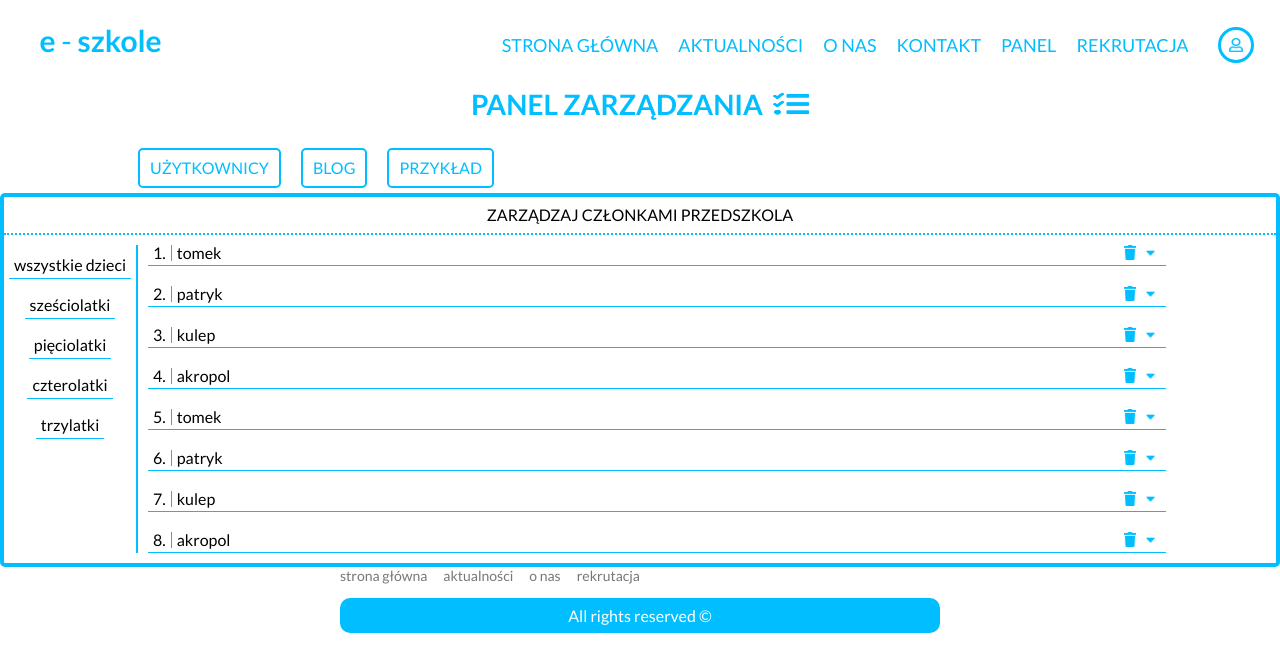
Repository: Votex874/e-szkole
Page: /panel (app in app/)
The author's editor kept a copy of each file at every save. The page is drawn from the files as they stood at one save, then again after the next save.
The browser window is 1280 px wide. The pictures show the whole page.
The project was rebuilt for these pictures with package versions that can differ from the ones it lists, and the page was loaded fresh each time. Also part of the build but not shown: app/src/components/News/Title/index.js, app/src/components/News/Content/index.js, app/src/components/News/Avatar/index.js, app/src/components/News/Footer/index.js, app/src/components/News/index.js, app/src/components/AboutUs/Content/index.js, app/src/components/AboutUs/index.js, app/src/components/Graduates/ListItem/index.js and 26 more.

Above is the page before, as saved 2019-04-04 09:52:27.

### app/src/index.js
import React from 'react';
import ReactDOM from 'react-dom';
import App from './App';
import * as serviceWorker from './serviceWorker';
import { createStore } from 'redux';
import { Provider } from 'react-redux';
import rootReducer from './reducers/rootReducer'

const store = createStore(rootReducer);

ReactDOM.render(<Provider store={store}><App /></Provider>, document.getElementById('root'));

// If you want your app to work offline and load faster, you can change
// unregister() to register() below. Note this comes with some pitfalls.
// Learn more about service workers: http://bit.ly/CRA-PWA
serviceWorker.unregister();

### app/src/App.js
import React, { Component } from 'react';
import { Route, BrowserRouter, Switch } from 'react-router-dom'
import './reset.scss'

import Home from './containers/Home/index'
import Login from './containers/Login/index'
import Contact from './containers/Contact/index'
import News from './containers/News/index'
import About from './containers/About/index'
import Recruitment from './containers/Recruitment/index'
import Panel from './containers/Panel/index'

class App extends Component {
  render() {
    return (
      <BrowserRouter>
        <Switch>
          <Route exact path='/' component={Home} />
          <Route path='/login' component={Login} />
          <Route path='/kontakt' component={Contact} />
          <Route path='/blog' component={News} />
          <Route path='/o-nas' component={About} />
          <Route path='/rekrutacja' component={Recruitment} />
          <Route path='/panel' component={Panel} />
        </Switch>
      </BrowserRouter>
    );
  }
}

export default App;

### app/src/reset.scss
html, body, div, span, applet, object, iframe,
h1, h2, h3, h4, h5, h6, p, blockquote, pre,
a, abbr, acronym, address, big, cite, code,
del, dfn, em, img, ins, kbd, q, s, samp,
small, strike, strong, sub, sup, tt, var,
b, u, i, center,
dl, dt, dd, ol, ul, li,
fieldset, form, label, legend,
table, caption, tbody, tfoot, thead, tr, th, td,
article, aside, canvas, details, embed,
figure, figcaption, footer, header, hgroup,
menu, nav, output, ruby, section, summary,
time, mark, audio, video {
	margin: 0;
	padding: 0;
	border: 0;
	font-size: 100%;
	font: inherit;
	vertical-align: baseline;
}
/* HTML5 display-role reset for older browsers */
article, aside, details, figcaption, figure,
footer, header, hgroup, menu, nav, section {
	display: block;
}
body {
	line-height: 1;
}
ol, ul {
	list-style: none;
}
blockquote, q {
	quotes: none;
}
blockquote:before, blockquote:after,
q:before, q:after {
	content: '';
	content: none;
}
table {
	border-collapse: collapse;
	border-spacing: 0;
}
@import url('https://fonts.googleapis.com/css?family=Lato:300,300i,400,400i,700&amp;subset=latin-ext');

 body {
	font-family: 'Lato', sans-serif;
 }

 a{
	 text-decoration: none;
 }

### app/src/containers/Panel/index.js
import React, { Component } from 'react'
import styled from 'styled-components'

import HeaderMain from '../../components/HeaderMain/index'
import Footer from '../../components/Footer/index'
import PanelManagement from '../../components/PanelManagement/index'

class Panel extends Component{
  render(){
    return (
      <React.Fragment>
        <HeaderMain />
        <PanelManagement />
        <Footer />
      </React.Fragment>
    )
  }
}

export default Panel

### app/src/components/HeaderMain/index.js
import React, { Component } from 'react';
import styled from 'styled-components'
import Logo from '../Logo/index'
import Navigation from '../Nav/index'
import Hamburger from '../Hamburger/index'

const Header = styled.header`
 max-width: 1400px;
 height: 100px;
 margin: 0 auto;
 display: flex;
 justify-content: space-between;
 align-items: center;
 box-sizing: border-box;
 margin-top: 15px;
 @media (max-width: 1400px){
   width: 96%;
   height: 50px;
   align-items: center;
 }
`

class HeaderMain extends Component {
  constructor(props){
    super(props)

    this.state = {
      width: 0
    }
  }

  componentDidMount = () => {
    this.updateWindowDimensions();
    window.addEventListener('resize', this.updateWindowDimensions);
  }

  componentWillUnmount = () => {
    window.removeEventListener('resize', this.updateWindowDimensions);
  }

  updateWindowDimensions = () => {
    this.setState({ width: window.innerWidth });
  }

  render() {
    const { width } = this.state;
    return (
      <Header>
        <Logo />
        { width <= 767 ? <Hamburger /> : <Navigation /> }
      </Header>
    );
  }
}

export default HeaderMain;

### app/src/components/Footer/index.js
import React, { Component } from 'react'
import styled from 'styled-components'
import FooterNav from './FooterNav/index'
import { lightBlue } from '../../constColors'

const FooterContainer = styled.footer`
  width: 600px;
  margin: 0 auto;
  @media (max-width: 767px){
    width: 100%;
  }
`

const FooterBanner = styled.div`
  background-color: ${lightBlue};
  display: flex;
  justify-content: center;
  align-items: center;
  color: #fff;
  margin: 15px auto;
  height: 35px;
  border-radius: 10px;
  @media (max-width: 767px){
    width: 100%;
    border-radius: 0;
  }
`

class Footer extends Component {
  render(){
    return (
      <FooterContainer>
        <FooterNav />
        <FooterBanner>All rights reserved &copy; </FooterBanner>
      </FooterContainer>
    )
  }
}


export default Footer

### app/src/components/PanelManagement/index.js
import React, { Component } from 'react'

import PanelOptions from '../PanelOptions/index'

class PanelManagement extends Component {
  render(){
    return (
      <React.Fragment>
        <PanelOptions />
      </React.Fragment>
    )
  }
}

export default PanelManagement

### app/src/components/Logo/index.js
import React, { Component } from 'react';
import styled from 'styled-components'
import { shineOnHover, lightBlue } from '../../constColors'
import { Link } from 'react-router-dom'

const Alink = styled.span`
  display: flex;
  flex-direction: column;
  justify-content: center;
  align-items: center;
  width: 225px;
  padding: 0 10px;
  text-decoration: none;
  font-size: 50px;
  @media (max-width: 767px) {
    width: 150px;
    height: auto;
    font-size: 28px;
    align-items: flex-start;
    justify-content: flex-start;
    padding: 0;
  }
  @media (min-width: 768px) and (max-width: 1400px) {
    width: 150px;
    font-size: 30px;
    padding: 0;
  }
  @media (min-width: 1401px){
    ${shineOnHover}
  }
`
const Span = styled.h1`
  color: ${lightBlue};
  transition: .2s;
`
const Bold = styled.b`
  font-weight: bold;
`

class Logo extends Component {
  constructor(props){
    super(props)

    this.state = {
      logoLink: '/'
    }
  }
  render() {
    const { logoLink } = this.state;
    return (
      <Link to={logoLink}>
        <Alink>
          <Span id='logo' className="logo2"><Bold>e</Bold> - <Bold>szkole</Bold></Span>
        </Alink>
      </Link>
    );
  }
}

export default Logo;

### app/src/components/Nav/index.js
import React, { Component } from 'react';
import { connect } from 'react-redux'
import styled from 'styled-components'
import SingleLink from './Link/index'
import LoginButton from './../LoginButton/index';


const Nav = styled.nav`
  display: flex;
  margin: 10px 20px 0 auto;
  @media (max-width: 767px){
    flex-direction: column;
    margin: 120px 0 0 0;
  }
`

class Navigation extends Component {

  render() {
    const { links } = this.props;
    let listOfLinks = [];
    let i = 0;
    for (const key of Object.keys(links)) {
      // console.log(key, links[key]);
      listOfLinks[i] = <SingleLink data={links[key]} key={key} />
      i++;
    }
    return (
      <React.Fragment>
        <Nav>
          {listOfLinks}
        </Nav>
        <LoginButton />
      </React.Fragment>
    );
  }
}

const mapStateToProps = (state) => {
  return {
    links: state.links
  }
}

export default connect(mapStateToProps)(Navigation);

### app/src/components/Hamburger/index.js
import React, { Component } from 'react';
import styled from 'styled-components'
import hamburgerImg from '../../images/icons/hamburger.png'
import times from '../../images/icons/times.png'
import Navigation from '../Nav/index'

const Hamburger = styled.div`
  width: 40px;
  height: 40px;
`

const HamburgerImg = styled.img`
  width: 100%;
  height: 100%;
  opacity: 1;
  transition: .4s;
  position: relative;
  z-index: 10;
`

const MobileContainer = styled.div`
  position: absolute;
  display: flex;
  flex-direction: column-reverse;
  top: 0;
  left: 0;
  width: 100vw;
  height: 100vh;
  background-color: #fff;
  opacity: .9;
  z-index: 1;
  transition: .3s;
`

class Hambuger extends Component {
  constructor(props){
    super(props)

    this.body = document.querySelector('body');

    this.state = {
      imgAlt: 'hamburgerMenuIcon',
      imgSrc: hamburgerImg,
      fade: 1,
      displayMobile: 'none'
    }
  }

  handleHamburger = () => {
    const { imgSrc } = this.state;
    setTimeout( () => {
      if (imgSrc !== hamburgerImg) {
        this.body.style.overflow = "auto";
        this.setState({
          imgSrc: hamburgerImg,
          displayMobile: 'none',
          fade: 1
        })
      } else {
        this.body.style.overflow = "hidden";
        this.setState({
          imgSrc: times,
          displayMobile: 'block',
          fade: 1
        })
      }
    }, 400)
    this.setState({
      fade: 0
    })
  }

  render() {
    const { imgAlt, imgSrc, fade, displayMobile } = this.state
    return (
      <Hamburger>
        <HamburgerImg style={{opacity: fade}} src={imgSrc} alt={imgAlt} onClick={this.handleHamburger}/>
        <MobileContainer style={{display: displayMobile}}>
          <Navigation />
        </MobileContainer>
      </Hamburger>
    );
  }
}


export default Hambuger;

### app/src/components/SectionTitle/index.js
import React from 'react'
import styled from 'styled-components'
import { lightBlue } from '../../constColors'

const HeaderTitle = styled.h2`
  color: ${lightBlue};
  font-size: 32px;
  text-transform: uppercase;
  font-weight: bold;
  text-align: center;
  @media (max-width: 767px){
    font-size: 22px;
  }
  @media (min-width: 768px) and (max-width: 1400px){
    font-size: 28px;
  }
`
const HeaderImg = styled.img`
  width: 40px;
  height: 30px;
  margin-left: 10px;
  @media(max-width: 767px){
    width: 30px;
    height: 20px;
  }
  @media (min-width: 768px) and (max-width: 1400px){
    width: 36px;
    height: 26px;
  }
`

const Header = styled.header`
  display: flex;
  justify-content: center;
  align-items: center;
  width: 90%;
  margin: 25px auto;
`

const SectionTitle = ({ title, img }) => {
  return (
    <Header>
      <HeaderTitle>{title}</HeaderTitle>
      <HeaderImg src={img} alt="ikona zespolu"/>
    </Header>
  )
}


export default SectionTitle;

### app/src/components/Footer/FooterNav/index.js
import React, { Component } from 'react'
import styled from 'styled-components'
import NavLink from './NavLink/index'
import { connect } from 'react-redux'

const NavContainer = styled.nav`
  display: flex;
  justify-content: space-between;
  width: 50%;
  @media (max-width: 767px){
    width: 90%;
    margin: 0 auto;
  }
`

class FooterNav extends Component {
  constructor(props){
    super(props)

    this.state = {
      nav: []
    }
  }
  componentDidMount = () => {
    const { links } = this.props
    let listOfNavs = [];
    let i = 0;
    for (const key of Object.keys(links)) {
      if(links[key].basic === 'true'){
        listOfNavs[i] =
          <NavLink name={links[key].name} url={links[key].url} key={key} />
        i++;
      }
    }
    this.setState({
      nav: listOfNavs
    })
  }

  render(){
    const { nav } = this.state;
    return(
      <NavContainer>
        {nav}
      </NavContainer>
    )
  }
}

const mapStateToProps = (state) => {
  return {
    links: state.links
  }
}

export default connect(mapStateToProps)(FooterNav);

### app/src/constColors.js
const brown = '#BF5000';
const greenDark = '#008723';
const greenLight = '#34BD56';
const lightBlue = '#00BEFF';
const turquoise = '#fff';
const darkBlue = '#0057AE';

const shineOnHover = `
position: relative;
    overflow: hidden;
    display: inline-block;
    border-radius: 5px;
    text-align: center;
    line-height: 50px;

  &:after {
    content: "";
    position: absolute;
    top: -110%;
    left: -210%;
    width: 200%;
    height: 200%;
    opacity: 0;
    /* transform: rotate(30deg); */

    background: rgba(0, 190, 255, 0.13);
    background: linear-gradient(
      to right,
      rgba(0, 190, 255, 0.13) 0%,
      rgba(0, 190, 255, 0.13) 77%,
      rgba(0, 190, 255, 0.5) 92%,
      rgba(0, 190, 255, 0.0) 100%
    );
  }

  &:hover:after {
    opacity: 1;
    top: -30%;
    left: -30%;
    transition-property: left, top, opacity;
    transition-duration: 0.7s, 0.7s, 0.15s;
    transition-timing-function: ease;
  }


  &:active:after {
    opacity: 0;
  }
`

export { brown, greenLight, greenDark, lightBlue, shineOnHover, turquoise, darkBlue }

### app/src/components/PanelOptions/index.js
import React, { Component } from 'react'
import styled from 'styled-components'

import PanelItem from './PanelItem/index'
import SectionTitle from '../SectionTitle'
import TaskImg from '../../images/icons/tasks.png'
import Users from './Users/index'
import { lightBlue } from '../../constColors';

const OptionsList = styled.ul`
  width: 1200px;
  margin: 0 auto;
  display: flex;
  justify-content: flex-start;
  align-items: center;
  flex-wrap: wrap;
  @media (max-width: 767px){
    width: 90%;
  }
  @media (min-width: 768px) and (max-width: 1400px){
    width: 80%;
  }
`

const ChoosenOption = styled.div`
  border: 4px solid ${lightBlue};
  border-radius: 5px;
  margin: 0 auto;
  @media(max-width: 767px){
    width: 90%;
  }
`

class PanelOptions extends Component{
  constructor(props){
    super(props)

    this.state = {
      list: ['użytkownicy', 'blog', 'przykład'],
      users: <Users />
    }
  }

  handleClick = (id) => {
    console.log(id, 'id')
  }

  render(){
    return (
      <React.Fragment>
        <SectionTitle title="Panel Zarządzania" img={TaskImg} />
        <OptionsList>
          {this.state.list.map((e,i) => {
            return <PanelItem id={i} handleClick={this.handleClick} key={i} content={e} />
          })}
        </OptionsList>
        <ChoosenOption>
          {this.state.users}
        </ChoosenOption>
      </React.Fragment>
    )
  }
}

export default PanelOptions

### app/src/components/Nav/Link/index.js
import React from 'react';
import styled from 'styled-components'
import { shineOnHover, lightBlue } from '../../../constColors'
import { Link } from 'react-router-dom'

const Alink = styled.span`
  text-decoration: none;
  color: ${lightBlue};
  margin: 10px 0;
  padding: 0 12px;
  font-size: 20px;
  text-transform: uppercase;
  text-align: center;

  @media (max-width: 767px){
    font-size: 24px;
    display: flex;
    justify-content: center;
    align-items: center;
  }
  @media (min-width: 768px) and (max-width: 1050px){
    font-size: 14px;
    margin: 10px 0;
    padding: 4px;
  }
  @media (min-width: 1051px) and (max-width: 1400px){
    font-size: 18px;
    margin: 10px 0;
    padding: 0 10px;
  }
  @media (min-width: 1401px){
    ${shineOnHover}
}
`

const SingleLink = ({ data }) => {
  const handleClick = () => {
    document.querySelector('body').style.overflow = "auto";
  }
  return (
    <Link onClick={handleClick} to={data.url}>
      <Alink>
        {data.name}
      </Alink>
    </Link>
  )
}

export default SingleLink;

### app/src/components/LoginButton/index.js
import React, { Component } from 'react';
import styled from 'styled-components'
import imgUser from '../../images/icons/loginUser.png'
import { shineOnHover, lightBlue } from '../../constColors'
import { Link } from 'react-router-dom'

const ButtonAlink = styled.span`
  width: 160px;
  height: 30px;
  font-size: 14px;
  text-transform: uppercase;
  font-weight: bold;
  text-decoration: none;
  display: flex;
  justify-content: center;
  align-items: center;
  border-radius: 20px;
  border: 3px solid ${lightBlue};
  margin-top: 10px;
  @media (max-width: 767px){
    position: absolute;
    top: 15px;
    left: 10px;
    width: 220px;
    height: 40px;
    font-size: 24px;
  }
  @media (min-width: 768px) and (max-width: 1400px){
    width: 30px;
  }
  @media (min-width: 1401px){
    ${shineOnHover}
    border-radius: 20px;
    line-height: normal;
    display: flex;
  }
`

const IconImg = styled.img`
  background-position: center;
  background-size: cover;
  background-repeat: no-repeat;
  margin-left: 15px;
  width: 14px;
  height: 14px;
  @media (max-width: 767px){
    width: 26px;
    height: 26px;
  }
  @media (min-width: 768px) and (max-width: 1400px){
    margin-left: 0;
  }
`
const SpanText = styled.span`
  color: ${lightBlue};
  @media (min-width: 768px) and (max-width: 1400px){
    display: none;
  }
`

class LoginButton extends Component {
  constructor(props){
    super(props)

    this.state = {
      loginLink: '/login'
    }
  }

  handleEnableScroll = () => {
    document.querySelector('body').style.overflow = "auto";
  }

  render() {
    const { loginLink } = this.state;
    return (
      <Link onClick={this.handleEnableScroll} to={loginLink} >
        <ButtonAlink>
          <SpanText>zaloguj się</SpanText>
          <IconImg src={imgUser} />
        </ButtonAlink>
      </Link>
    );
  }
}

export default LoginButton;

### app/src/components/Footer/FooterNav/NavLink/index.js
import React from 'react'
import styled from 'styled-components'
import { Link } from 'react-router-dom'

const Alink = styled.span`
  text-decoration: none;
  font-size: 14px;
  color: #777;
  @media (max-width: 767px){
    font-size: 12px;
  }
  @media (min-width: 768px) and (max-width: 1400px){
    font-size: 14px;
  }
`


const NavLink = ({ name, url }) => {
  return (
    <Link to={url}>
      <Alink>{name}</Alink>
    </Link>
  )
}

export default NavLink

### app/src/components/PanelOptions/PanelItem/index.js
import React, { Component } from 'react'
import styled from 'styled-components'

import { lightBlue } from '../../../constColors'

const SingleItem = styled.li`
  color: ${lightBlue};
  text-transform: uppercase;
  margin: 5px 10px;
  padding: 10px;
  border: 2px solid ${lightBlue};
  border-radius: 5px;
  @media (max-width: 767px){
    font-size: 12px;
    padding: 5px;
  }
  @media(min-width: 1400px){
    &:hover{
      color: #fff;
      background-color: ${lightBlue};
    }
  }
`

class PanelItem extends Component{

  handleClick = (id) => {
    if (typeof this.props.handleClick === 'function'){
      this.props.handleClick(id)
    }
  }

  render(){
    const { content, id } = this.props
    return (
      <React.Fragment>
        <SingleItem onClick={() => this.handleClick(id)}>{content}</SingleItem>
      </React.Fragment>
    )
  }
}

export default PanelItem

### app/src/components/PanelOptions/Users/index.js
import React, { Component } from 'react'
import styled from 'styled-components'
import { lightBlue } from '../../../constColors';

import SidebarMenuItem from '../Item/index'
import ArrowHide from '../../../images/icons/arrow-hide.png'
import ArrowShow from '../../../images/icons/arrow-show.png'
import Trash from '../../../images/icons/trash.png'

const Title = styled.h2`
  text-transform: uppercase;
  font-size: 120%;
  margin: 10px 0 0 0;
  padding-bottom: 10px;
  border-bottom: 2px dotted ${lightBlue};
  @media(max-width: 767px){
    font-size: 90%;
    text-align: center;
    border-bottom: none;
  }
  @media (min-width: 768px) and (max-width: 1399px){
    font-size: 100%;
    text-align: center;
  }
`

const UsersList = styled.ul`
  padding-left: 10px;
  border-left: 2px solid ${lightBlue};
  margin: 10px 0;
  width: 80%;
  @media (max-width: 767px){
    padding: 0;
    margin: 0;
  }
`

const UserItem = styled.li`
  border-bottom: 1px solid ${lightBlue};
  padding-bottom: 4px;
  margin: 10px 0;
  display: flex;
  flex-direction: column;
  @media (min-width: 768px) and (max-width: 1399px){
    margin: 20px 0;
  }
  &:first-of-type{
    margin-top: 0;
  }
  &:last-of-type{
    margin-bottom: 0;
  }
`

const Icons = styled.div`
  cursor: pointer;
  @media (max-width: 767px){
    width: 12px;
    height: 15px;
    display: flex;
    margin: 0 35px 0 auto;
  }
  @media (min-width: 768px) and (max-width: 1399px){
    width: 12px;
    height: 15px;
    display: flex;
    margin: 0 35px 0 auto;
  }
`

const Img = styled.img`
  width: 100%;
  height: 100%;
  margin: 0 5px;
`

const Id = styled.p`
  border-right: 1px solid ${lightBlue};
  padding: 0 5px;
  margin-right: 5px;
`

const MoreInfo = styled.p`
	height: 0px;
  visibility: hidden;
  transition: .5s;
  width: 0px;
`

const ContainerUserInfo = styled.div`
  display: flex;
`
const MainContainer = styled.div`
  display: flex;
  flex-direction: row;
  @media (max-width: 767px){
    flex-direction: column;
  }
`

const UserName = styled.span`
`

const SidebarMenu = styled.div`
  display: flex;
  justify-content: space-around;
  align-items: center;
  flex-wrap: wrap;
  flex-direction: column;
  margin: 10px 0;
  max-height: 200px;
  @media (max-width: 767px){
    border-top: 2px dotted ${lightBlue};
    border-bottom: 2px dotted ${lightBlue};
    padding: 10px 0;
    flex-direction: row;
  }
`

class Users extends Component{
  constructor(props){
    super(props)

    this.state = {
      sidebarItems: ['wszystkie dzieci', 'sześciolatki', 'pięciolatki', 'czterolatki', 'trzylatki'],
      users: ['tomek', 'patryk', 'kulep', 'akropol', 'tomek', 'patryk', 'kulep', 'akropol'],
      usersArray: []
    }
  }

  componentDidMount = () => {
    const { users } = this.state
    const usersList = users.map((e, i) => {
      return (
        <UserItem key={i}>
          <ContainerUserInfo>
            <Id>{i + 1}.</Id>
            <UserName>{e}</UserName>
            <Icons><Img src={Trash} /> <Img onClick={() => this.handleShowMoreInfo(i, e)} src={ArrowShow} /></Icons>
          </ContainerUserInfo>
          <MoreInfo>3213213</MoreInfo>
        </UserItem>
      )
    })
    this.setState({
      usersArray: usersList
    })
  }

  handleShowMoreInfo = (id, name) => {
    const { usersArray } = this.state
    const arrayHandler = [...usersArray];

    arrayHandler[id] = <UserItem key={id}>
      <ContainerUserInfo>
        <Id>{id + 1}.</Id>
        <UserName>{name}</UserName>
        <Icons><Img src={Trash} /> <Img onClick={() => this.handleHideMoreInfo(id, name)} src={ArrowHide} /></Icons>
      </ContainerUserInfo>
      <MoreInfo>3213213</MoreInfo>
    </UserItem>

    this.setState({
      usersArray: arrayHandler
    })

    const styleSlideUp = {
      height: 200,
      visibility: "visible",
      width: 'auto'
    }

    setTimeout(() => {
      arrayHandler[id] = <UserItem key={id}>
        <ContainerUserInfo>
          <Id>{id + 1}.</Id>
          <UserName>{name}</UserName>
          <Icons><Img src={Trash} /> <Img onClick={() => this.handleHideMoreInfo(id, name)} src={ArrowHide} /></Icons>
        </ContainerUserInfo>
        <MoreInfo style={ styleSlideUp }>3213213</MoreInfo>
      </UserItem>
      this.setState({
        usersArray: arrayHandler
      })
    }, 100)
  }

  handleHideMoreInfo = (id, name) => {
    const { usersArray } = this.state
    const arrayHandler = [...usersArray];

    arrayHandler[id] = <UserItem key={id}>
      <ContainerUserInfo>
        <Id>{id + 1}.</Id>
        <UserName>{name}</UserName>
        <Icons><Img src={Trash} /> <Img onClick={() => this.handleShowMoreInfo(id, name)} src={ArrowShow} /></Icons>
      </ContainerUserInfo>
      <MoreInfo>3213213</MoreInfo>
    </UserItem>

    this.setState({
      usersArray: arrayHandler
    })
  }

  render(){
    const { sidebarItems, usersArray } = this.state
    return (
      <React.Fragment>
        <Title>Zarządzaj członkami przedszkola</Title>
        <MainContainer>
          <SidebarMenu>
            {sidebarItems.map((e, i) => {
              return <SidebarMenuItem key={i} content={e} />
            })}
          </SidebarMenu>
          <UsersList>
            {usersArray}
          </UsersList>
        </MainContainer>
      </React.Fragment>
    )
  }
}

export default Users

### app/src/components/PanelOptions/Item/index.js
import React from 'react'
import styled from 'styled-components'
import { lightBlue } from '../../../constColors'

const Item = styled.p`
  padding: 5px;
  border-bottom: 1px solid ${lightBlue};
  margin: 0 5px;
`

const SidebarMenuItem = ({ content }) => {
  return (
    <Item>{content}</Item>
  )
}

export default SidebarMenuItem

Loaded but not shown: app/public/index.html (common file); app/src/serviceWorker.js (common file); app/src/reducers/rootReducer.js (169 lines, source omitted)

After the next save:
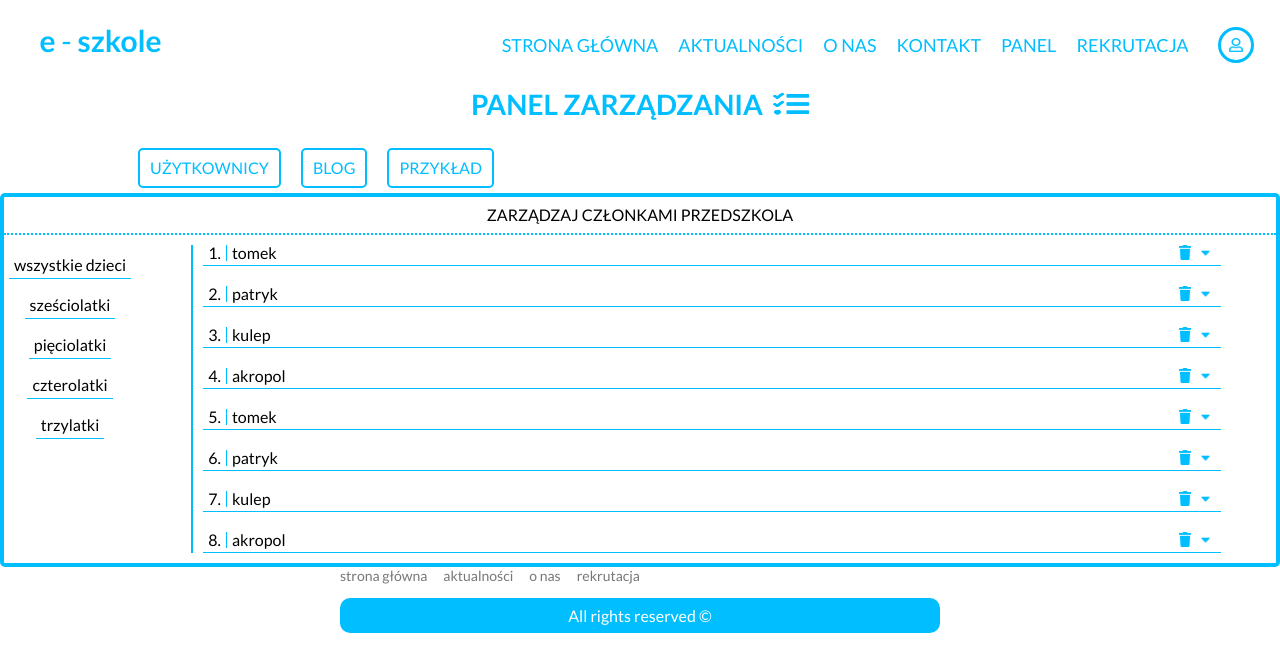
Saved 20 s later.
--- a/app/src/components/PanelOptions/Users/index.js
+++ b/app/src/components/PanelOptions/Users/index.js
@@ -27,7 +27,7 @@ const Title = styled.h2`
 const UsersList = styled.ul`
   padding-left: 10px;
   border-left: 2px solid ${lightBlue};
-  margin: 10px 0;
+  margin: 10px auto;
   width: 80%;
   @media (max-width: 767px){
     padding: 0;
